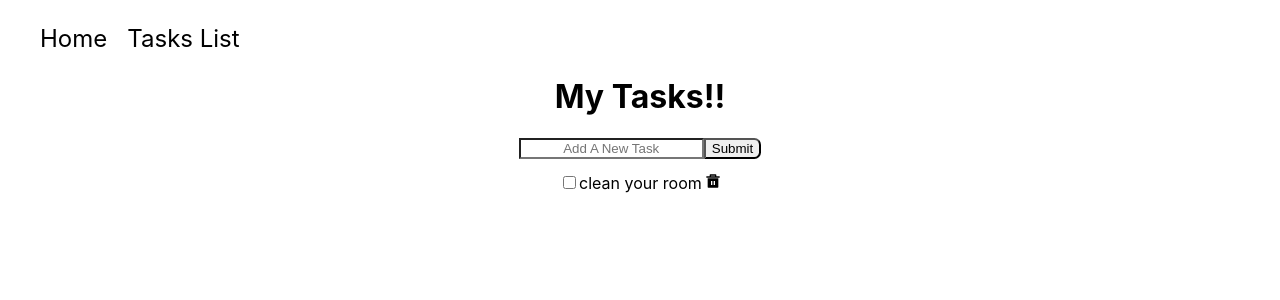
Repository: runner855/abstract_todolist
Page: /
These files come from the project's save history. The page is drawn as it stood at one moment and after the next save; the edit follows.
The browser window is 1280 px wide. The pictures show the whole page.
The project was rebuilt for these pictures with package versions that can differ from the ones it lists, and the page was loaded fresh each time.

Above is the page before, as saved 2022-11-09 16:23:44.

After the next save:
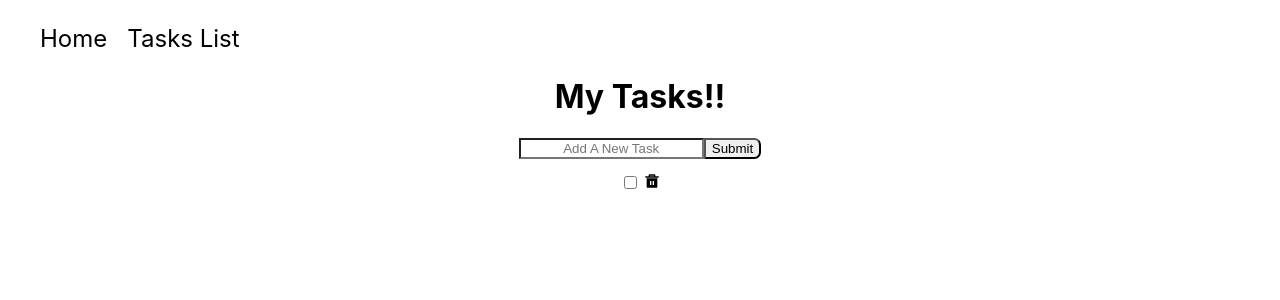
Saved 42 s later.
--- a/src/App.tsx
+++ b/src/App.tsx
@@ -20,7 +20,7 @@
 
   const [value, setValue] = useState<string>("");
   // const [list, setList] = useState<string[]>([]);
-  const [tasks, setTasks] = useState<TodosProps[]>(todos);
+  const [tasks, setTasks] = useState<TodosProps[]>([todos]);
 
   const removeTask = tasks.filter((id) => id);
 

After the save that followed:
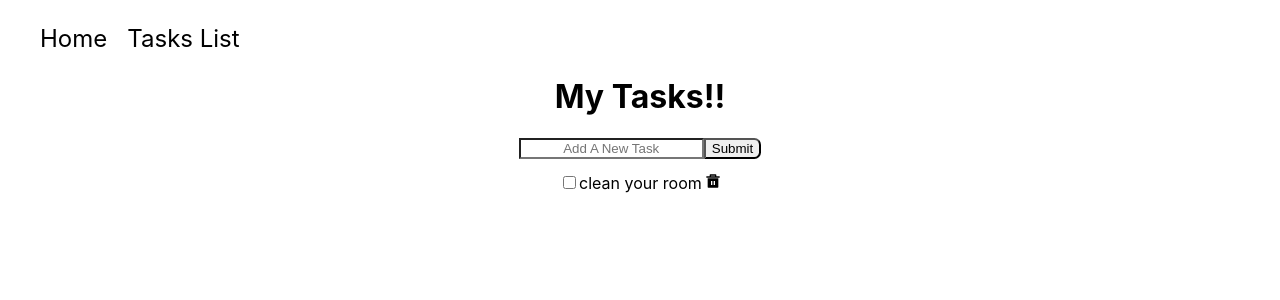
Saved 57 s later.
--- a/src/App.tsx
+++ b/src/App.tsx
@@ -20,7 +20,7 @@
 
   const [value, setValue] = useState<string>("");
   // const [list, setList] = useState<string[]>([]);
-  const [tasks, setTasks] = useState<TodosProps[]>([todos]);
+  const [tasks, setTasks] = useState<TodosProps[]>(todos);
 
   const removeTask = tasks.filter((id) => id);
 
